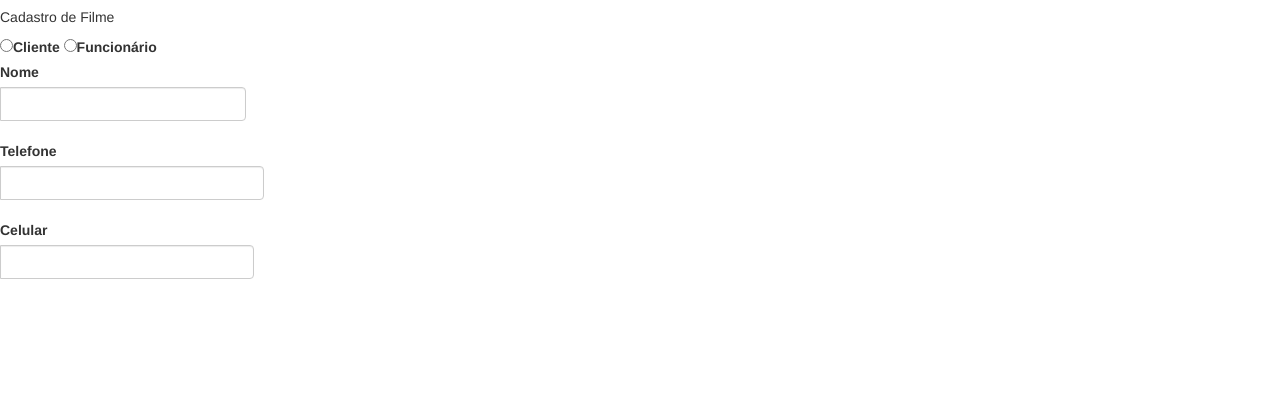
Repository: cadupedrassani/CursoDeJava
Page: Avaliação/BaseAPI/WebApp/src/main/webapp/usuario/cadastro.html
The author's editor kept a copy of each file at every save. The page is drawn from the files as they stood at one save, then again after the next save.
The browser window is 1280 px wide. The pictures show the whole page.

Above is the page before, as saved 2016-12-07 16:25:18.

### Avaliação/BaseAPI/WebApp/src/main/webapp/usuario/cadastro.html
<!DOCTYPE html>
<html>
<head>
<meta charset="UTF-8">
<title>Insert title here</title>
<link rel="stylesheet" href="/WebApp/resources/css/bootstrap.min.css">
</head>
<body>
<div>
	<h5>Cadastro de Filme</h5>
</div>

<div>
<label>
	<input type="radio" name="tipo-usuario" value="0">Cliente
</label>
<label>
	<input type="radio" name="tipo-usuario" value="1">Funcionário
</label>
</div>

<div class="input-group">
	<label>Nome</label>
	<input id="nome-usuario"
	       type="text"
	       class="form-control"></input>
</div>
</br>

<div class="input-group">
	<label>Telefone</label>
	<input id="telefone-usuario"
	       type="text"
	       class="form-control"></input>
</div>
</br>

<div class="input-group">
	<label>Celular</label>
	<input id="celular-usuario"
	       type="text"
	       class="form-control"></input>
</div>
</br>

<div id="modal-mensagens" class="modal fade" tabindex="-1" role="dialog">
	<div class="modal-dialog" role="document">
		<div class="modal-content">
			<div class="modal-header">
				<h5 id="modal-title" class="modal-title"></h5>
			</div>
			<div class="modal-body">
				<label id="modal-mensagem"></label>
			</div>
			<div class="modal-footer">
				<button type="button"
						class="btn btn-default gold"
						data-dismiss="modal">OK</button>
			</div>
		</div>
	</div>
</div>

<script src="/WebApp/resources/js/jquery.min.js"></script>
<script src="/WebApp/resources/js/bootstrap.min.js"></script>
<script src="/WebApp/resources/js/default.js"></script>

<script src="/WebApp/resources/js/usuario.js"></script>

</body>
</html>

### Avaliação/BaseAPI/WebApp/src/main/webapp/resources/js/default.js

function abrirTelaCadastroCategoria(){
	var url = "/WebApp/categoria/cadastro.html";
	$.get(url, '', function(data){
		$('#conteudo-principal').html(data);
	})
}

function abrirTelaPesquisaCategoria(){
	var url = "/WebApp/categoria/pesquisa.html";
	$.get(url, '', function(data){
		$('#conteudo-principal').html(data)
	})
}


function abrirTelaCadastroEndereco(){
	var url = "/WebApp/endereco/cadastro.html";
	$.get(url, '', function(data){
		$('#conteudo-principal').html(data);
	})
}

function abrirTelaCadastroFilme(){
	var url = "/WebApp/filme/cadastro.html";
	$.get(url, '', function(data){
		$('#conteudo-principal').html(data);
	})
}

function abrirTelaCadastroUsuario(){
	var url = "/WebApp/usuario/cadastro.html";
	$.get(url, '', function(data){
		$('#conteudo-principal').html(data);
	})
}

Loaded but not shown: Avaliação/BaseAPI/WebApp/src/main/webapp/resources/css/bootstrap.min.css (library); Avaliação/BaseAPI/WebApp/src/main/webapp/resources/js/jquery.min.js (library); Avaliação/BaseAPI/WebApp/src/main/webapp/resources/js/bootstrap.min.js (library); Avaliação/BaseAPI/WebApp/src/main/webapp/resources/js/usuario.js (no copy from this time; the picture is the same without it)

After the next save:
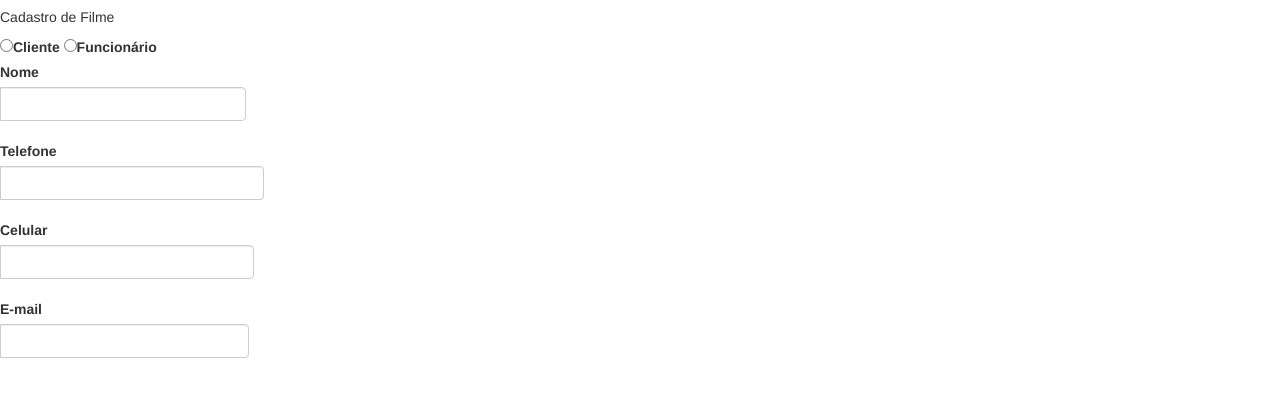
Saved 11 s later.
--- a/Avaliação/BaseAPI/WebApp/src/main/webapp/usuario/cadastro.html
+++ b/Avaliação/BaseAPI/WebApp/src/main/webapp/usuario/cadastro.html
@@ -43,6 +43,14 @@
 </div>
 </br>
 
+<div class="input-group">
+	<label>E-mail</label>
+	<input id="email-usuario"
+	       type="text"
+	       class="form-control"></input>
+</div>
+</br>
+
 <div id="modal-mensagens" class="modal fade" tabindex="-1" role="dialog">
 	<div class="modal-dialog" role="document">
 		<div class="modal-content">
